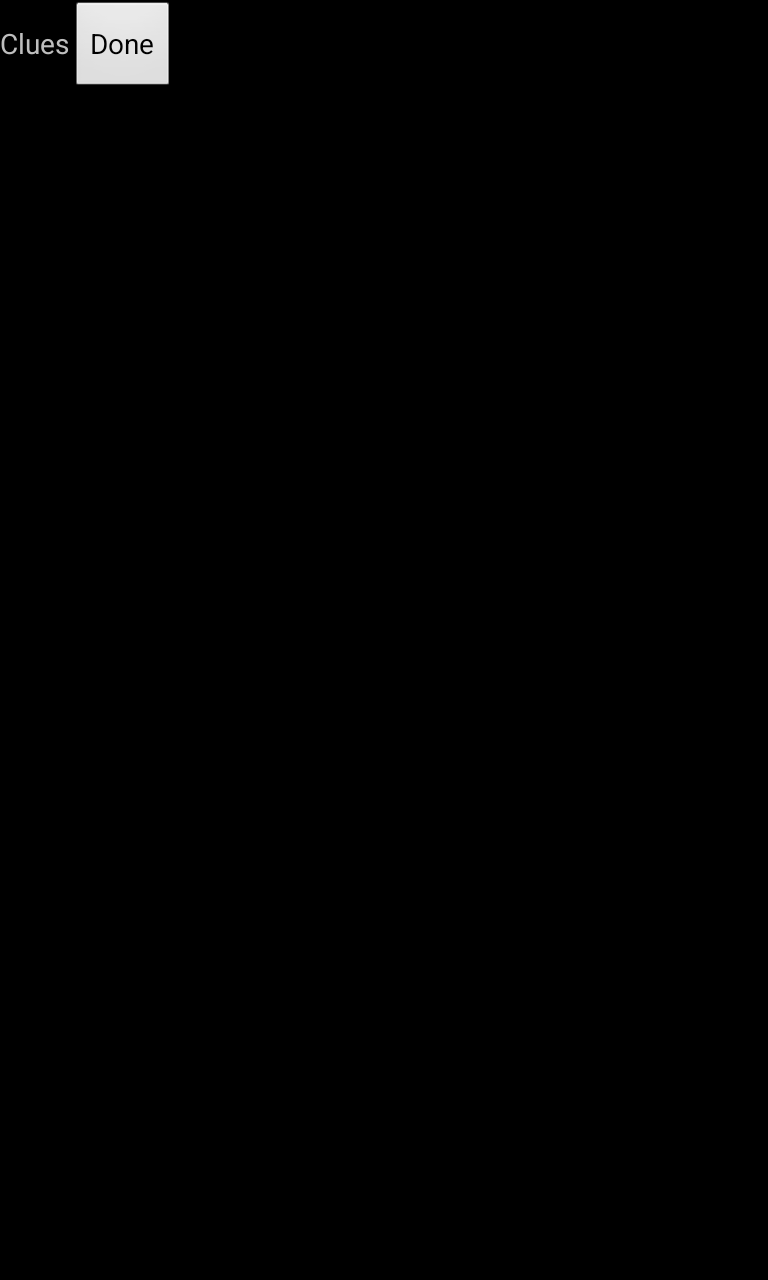
Repository: simplesns/workspace
Layout: eclipse/DEPuzzles/res/layout/crosswordsclue.xml
An editor plug-in stored every save of this project. The layout is shown before and after the next save, followed by the edit.
It is drawn on a 768 x 1280 px phone screen (xhdpi) without system bars, with theme android:Theme; the app's code is not run. Lists and similar views that code fills are empty.

Above is the layout before, as saved 2011-01-28 09:00:28.

After the next save:
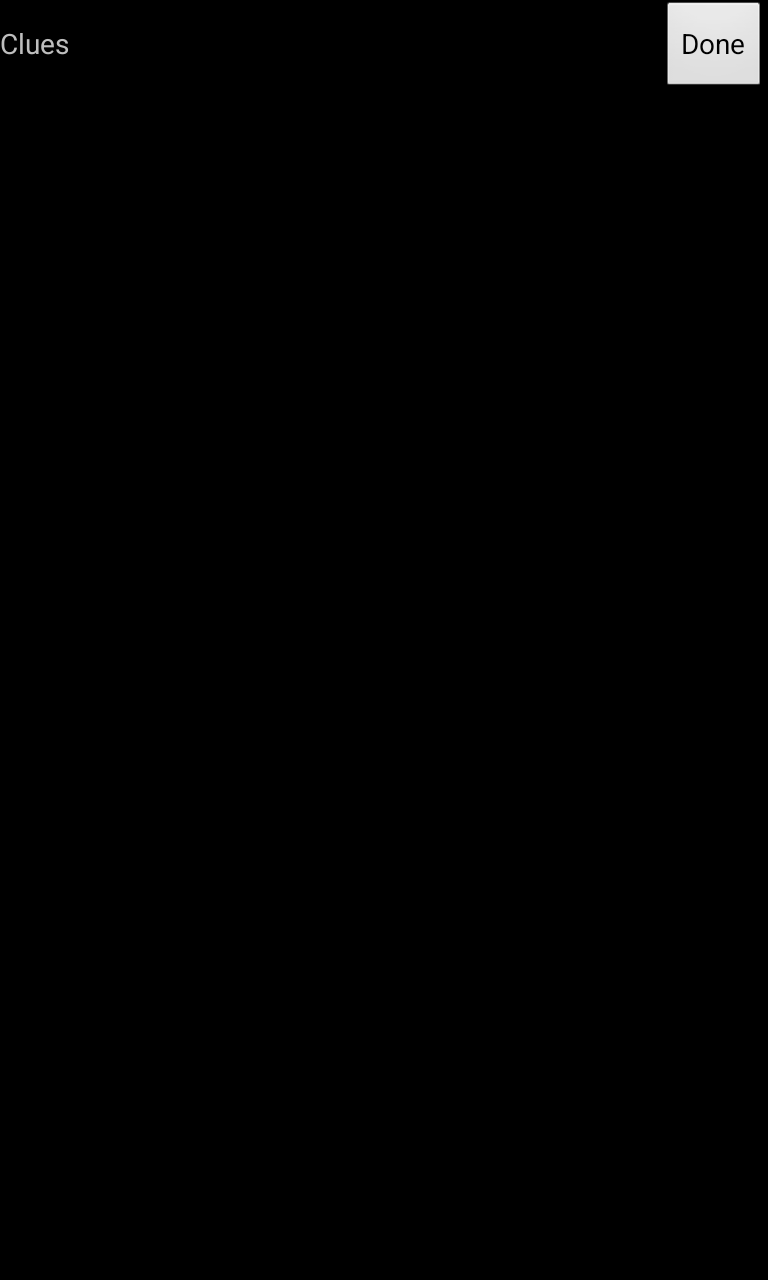
Saved 10 s later.
--- a/eclipse/DEPuzzles/res/layout/crosswordsclue.xml
+++ b/eclipse/DEPuzzles/res/layout/crosswordsclue.xml
@@ -4,7 +4,7 @@
 	<LinearLayout android:id="@+id/LinearLayout01"
 		android:layout_height="wrap_content" android:layout_width="fill_parent">
 		<TextView android:id="@+id/TextView01"
-			android:layout_width="wrap_content" android:layout_height="wrap_content" android:text="Clues"></TextView>
+			android:layout_width="wrap_content" android:layout_height="wrap_content" android:text="Clues" android:layout_weight="1"></TextView>
 		<Button android:id="@+id/Button01"
 			android:layout_width="wrap_content" android:layout_height="wrap_content" android:text="Done"></Button>
 	</LinearLayout>
